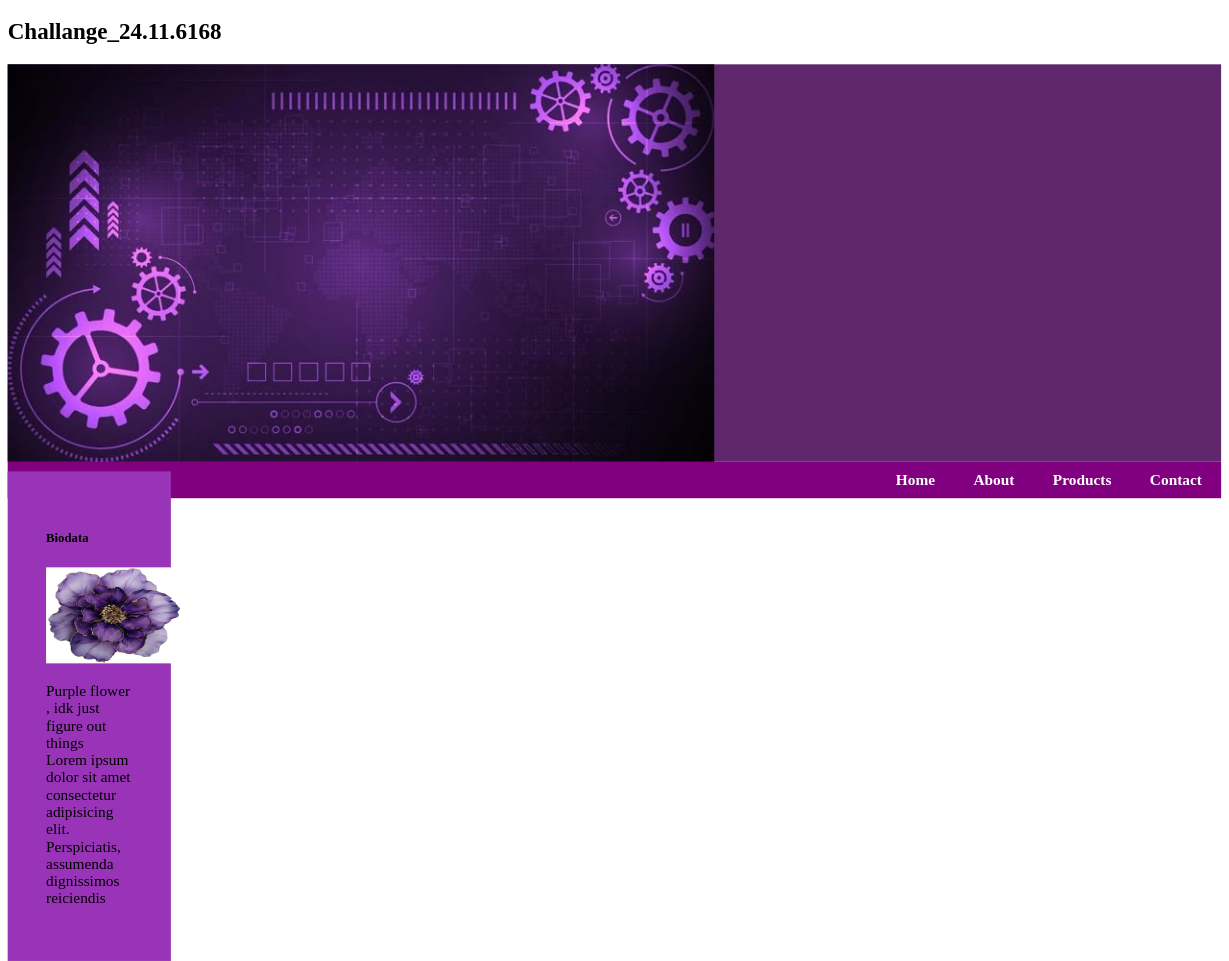
Repository: Ms-Ulfiyahrustam/p5_pemogramanweb
Page: index.html
An editor plug-in stored every save of this project. The page is shown before and after the next save, followed by the edit.
The browser window is 1280 px wide. The pictures show the whole page, at 96% of full size.

Above is the page before, as saved 2026-04-27 09:36:41.

After the next save:
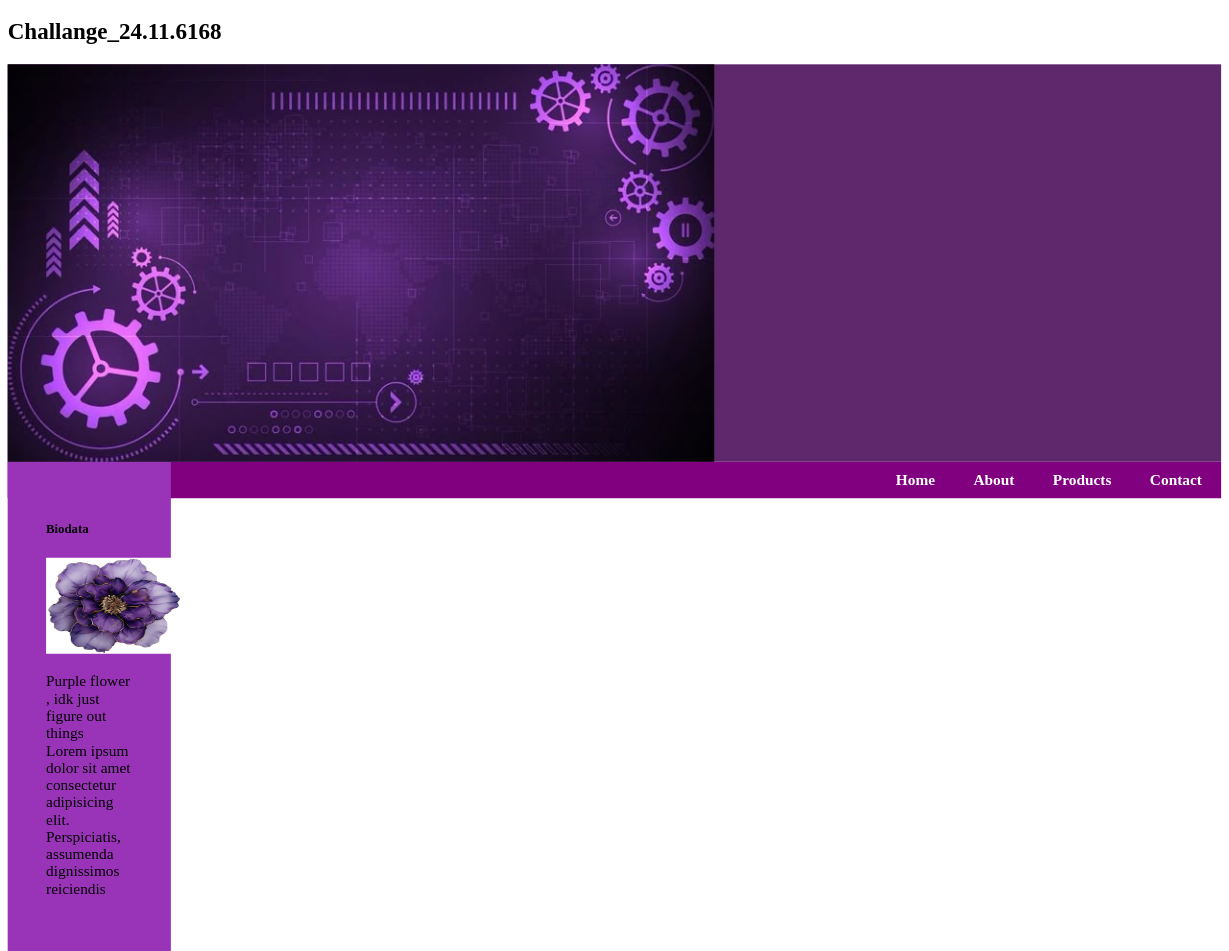
Saved 18 s later.
--- a/style.css
+++ b/style.css
@@ -11,7 +11,7 @@
     padding: 40px;
     float:left;
     background-color: rgb(153, 52, 184);
-    margin-top: 10px;
+    margin-top: 10;
 
 }
 
